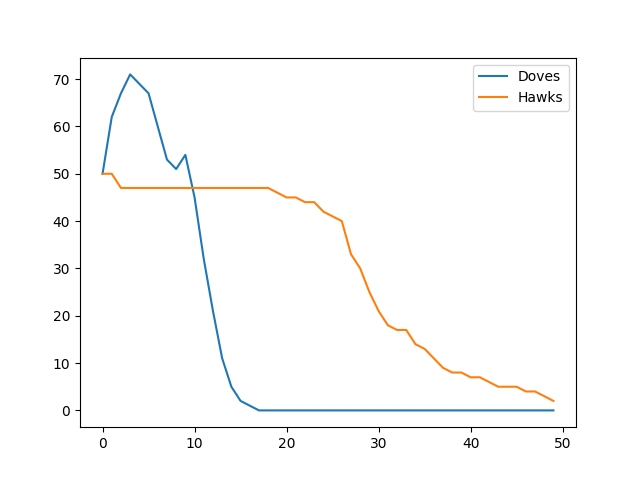
Repository: PatLaCisay/python-hawkdove-master
Script's output: python hawkdove.py
An editor plug-in stored every save of this project. The script's output is shown before and after the next save, followed by the edit.
Random numbers start from a fixed seed.

Above is the script's output before, as saved 2023-03-07 15:09:36.

### hawkdove.py
#!/usr/bin/python
from random import choice, randint
from time import perf_counter
from pylab import plot, show, legend

STARTING_DOVES = 50
STARTING_HAWKS = 50
STARTING_POPULATION = STARTING_HAWKS + STARTING_DOVES

ROUNDS = 50
STARTING_ENERGY = 100

MIN_FOOD_PER_ROUND = 40
MAX_FOOD_PER_ROUND = 70

ENERGY_REQUIRED_FOR_REPRODUCTION = 35
ENERGY_LOSS_FROM_FIGHTING = 50
ENERGY = 3

ENERGY_REQUIRED_FOR_LIVING = 10

STATUS_ACTIVE = "active"
STATUS_ASLEEP = "asleep"

TYPE_HAWK = "hawk"
TYPE_DOVE = "dove"

agents = []

# Graph stuff
graph_hawk_points = []
graph_dove_points = []

# Profiling


class Agent:
	id = 0
	agent_type = None
	status = STATUS_ACTIVE
	energy = STARTING_ENERGY


def main():
	init()
	current_round = 1
	death_count = 0
	dead_hawks  = 0
	dead_doves  = 0
	breed_count = 0
	main_tic = perf_counter()

	while current_round <= ROUNDS and len(agents) > 2 :
		if(getAgentCountByType(TYPE_DOVE)+getAgentCountByType(TYPE_HAWK)>=20000):
				break

		tic = perf_counter()
		awakenAgents()

		food = getFood()
		if (current_round==1) :
			round_dead_hawks=0
			round_dead_doves=0
			round_hawk_babies=0
			round_dove_babies=0
		else:
			# This could be optimized further by creating a list every time
			# that only has active agents, so it isn't iterating over entire list every time
			while True:
				agent, nemesis = getRandomAgents()
				if agent is None or nemesis is None:
					break
				compete(agent, nemesis, food)


			round_dead_hawks, round_dead_doves = cull()
			death_count += (round_dead_hawks + round_dead_doves)

		toc = perf_counter()

		print("ROUND %d" % current_round)
		print("Food produced          : %d" % food)
		print("Population             : Hawks-> %d, Doves-> %d" % (getAgentCountByType(TYPE_HAWK), getAgentCountByType(TYPE_DOVE)))
		print("Dead hawks             : %d" % round_dead_hawks)
		print("Dead doves             : %d" % round_dead_doves)
		print("Hawk babies            : %s" % round_hawk_babies)
		print("Dove babies            : %s" % round_dove_babies)
		print("Hawks                  : %s" % getPercByType(TYPE_HAWK))
		print("Doves                  : %s" % getPercByType(TYPE_DOVE))
		print("----")
		print("Round Processing time  : %s" % getTimeFormatted(toc - tic))
		print("Elapsed time           : %s\n" % getTimeFormatted(perf_counter() - main_tic))

		# Plot
		graph_hawk_points.append(getAgentCountByType(TYPE_HAWK))
		graph_dove_points.append(getAgentCountByType(TYPE_DOVE))

		current_round += 1


	main_toc = perf_counter()

	print("=============================================================")
	print("Total dead agents      : %d" % death_count)
	print("Total breeding agents  : %d" % breed_count)
	print("Total rounds completed : %d" % (current_round - 1))
	print("Total population size  : %s" % len(agents))
	print("Hawks                  : %s" % getPercByType(TYPE_HAWK))
	print("Doves                  : %s" % getPercByType(TYPE_DOVE))
	print("Processing time        : %s" % getTimeFormatted(main_toc - main_tic))
	print("=============================================================")


def init():

	for x in range(0,STARTING_DOVES):
		a = Agent()
		a.agent_type = TYPE_DOVE
		agents.append(a)

	for x2 in range(0,STARTING_HAWKS):
		a2 = Agent()
		a2.agent_type = TYPE_HAWK
		agents.append(a2)


def getAvgFromList(list):
	return float( sum(list) / len(list) )


def getTimeFormatted(seconds):
	m, s = divmod(seconds, 60)
	return "%02d:%02d" % (m, s)


def getFood():
	return randint(MIN_FOOD_PER_ROUND, MAX_FOOD_PER_ROUND)


def getPercByType(agent_type):
	perc = float(getAgentCountByType(agent_type)) / float(len(agents))
	return '{percent:.2%}'.format(percent=perc)


def getAliveAgentsCount():
	return getAgentCountByStatus(STATUS_ACTIVE) + getAgentCountByStatus(STATUS_ASLEEP)


def getRandomAgents():
	nemesis = None
	active_agents = list(generateAgentsByStatus(STATUS_ACTIVE))
	if len(active_agents) < 2:
		return None, None
	max_index = len(active_agents) - 1
	agent = active_agents[ randint(0, max_index) ]
	while nemesis is None:
		n = active_agents[ randint(0, max_index) ]
		if n is not agent:
			nemesis = n

	return agent, nemesis


def awakenAgents():
	for agent in agents:
		agent.status = STATUS_ACTIVE


def generateAgentsByType(agent_type):
	for agent in agents:
		if agent.agent_type == agent_type:
			yield agent


def generateAgentsByStatus(status):
	for agent in agents:
		if agent.status == status:
			yield agent


def getEnergyFromFood(food):
	return food # 1 to 1


def getAgentCountByStatus(status):
	count = len( list(generateAgentsByStatus(status)) )
	return count


def getAgentCountByType(agent_type):
	return len( list(generateAgentsByType(agent_type)) )


def compete(agent, nemesis, food):
	winner = choice([agent, nemesis])
	loser = agent if (winner is nemesis) else nemesis
	if agent.agent_type == TYPE_HAWK and nemesis.agent_type == TYPE_HAWK:
		if (getAgentCountByType(TYPE_HAWK)/(getAgentCountByType(TYPE_HAWK)+getAgentCountByType(TYPE_DOVE))) > 0.28:
			winner.energy += getEnergyFromFood(food) - ENERGY_LOSS_FROM_FIGHTING
			loser.energy  -= ENERGY_LOSS_FROM_FIGHTING
		else :
			winner.energy -= ENERGY
			loser.energy -= ENERGY
			breed(winner)

	if agent.agent_type == TYPE_HAWK and nemesis.agent_type == TYPE_DOVE:
		agent.energy += getEnergyFromFood(food) - ENERGY
		nemesis.energy -= ENERGY_LOSS_FROM_FIGHTING

	if agent.agent_type == TYPE_DOVE and nemesis.agent_type == TYPE_HAWK:
		nemesis.energy += getEnergyFromFood(food) - ENERGY
		agent.energy -= ENERGY_LOSS_FROM_FIGHTING

	if agent.agent_type == TYPE_DOVE and nemesis.agent_type == TYPE_DOVE:
		agent.energy += getEnergyFromFood(food)/2 - ENERGY
		nemesis.energy += getEnergyFromFood(food)/2 - ENERGY
		breed(winner)

	nemesis.status = agent.status = STATUS_ASLEEP


def getNewAgent(agent_type, starting_energy=STARTING_ENERGY, status=STATUS_ASLEEP):
	agent = Agent()
	agent.agent_type = agent_type
	agent.status = status
	agent.energy = starting_energy
	return agent


def breed(agent):
		if agent.energy > ENERGY_REQUIRED_FOR_REPRODUCTION:
			agent.energy /= 2

			if agent.agent_type == TYPE_DOVE:
				baby_agent = getNewAgent(agent.agent_type, (agent.energy/2))
				agents.append(baby_agent)

			if (agent.agent_type == TYPE_HAWK):
				baby_agent = getNewAgent(agent.agent_type, (agent.energy/2))
				agents.append(baby_agent)



"""
def count_breeds():

	hawk_babies = 0
	dove_babies = 0
	for agent in agents:
		if agent.energy > ENERGY_REQUIRED_FOR_REPRODUCTION:
			baby_agent_a = getNewAgent(agent.agent_type, (agent.energy/2))
			baby_agent_b = getNewAgent(agent.agent_type, (agent.energy/2))

			agents.append(baby_agent_b)
			agents.append(baby_agent_a)

			agent.energy /= 2

			if agent.agent_type == TYPE_DOVE: dove_babies += 4
			if (agent.agent_type == TYPE_HAWK):

				if randint(0,100)==1 :
					hawk_babies += 1


	return hawk_babies, dove_babies
"""
def cull():

	dead_hawks = 0
	dead_doves = 0
	for index, agent in enumerate(agents):
		if agent.energy < ENERGY_REQUIRED_FOR_LIVING:
			if agent.agent_type == TYPE_DOVE: dead_doves += 1
			if agent.agent_type == TYPE_HAWK: dead_hawks += 1
			del agents[index]


	return dead_hawks, dead_doves


main()
plot(graph_dove_points, label="Doves")
plot(graph_hawk_points, label="Hawks")
legend()

show()

After the next save:
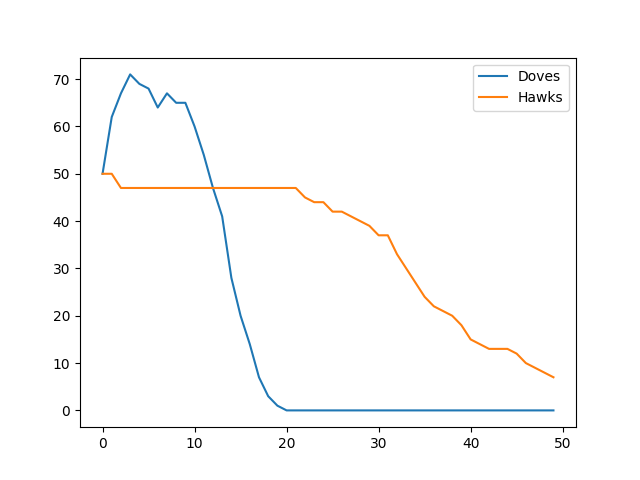
Saved 5 s later.
--- a/hawkdove.py
+++ b/hawkdove.py
@@ -15,7 +15,7 @@ MAX_FOOD_PER_ROUND = 70
 
 ENERGY_REQUIRED_FOR_REPRODUCTION = 35
 ENERGY_LOSS_FROM_FIGHTING = 50
-ENERGY = 3
+ENERGY = 1
 
 ENERGY_REQUIRED_FOR_LIVING = 10
 
